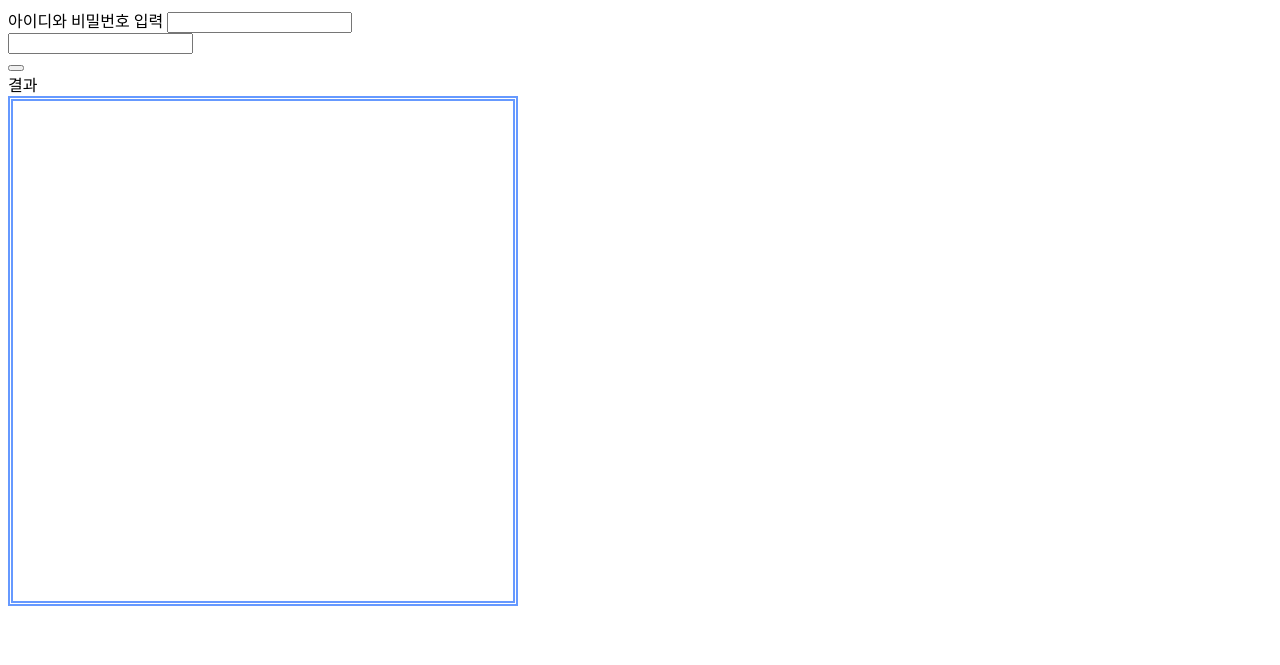
Repository: Tak-kuen/18-2
Page: http://localhost/studyjsp/ajax/ex07-1.jsp
These files come from the project's save history. The page is drawn as it stood at one moment and after the next save; the edit follows.
The browser window is 1280 px wide. The pictures show the whole page.
The page is served by Tomcat 9. Other server files are loaded and not shown.

Above is the page before, as saved 2018-10-25 01:46:17.

### code/studyjsp/WebContent/ajax/ex07-1.jsp
<%@ page language="java" contentType="text/html; charset=UTF-8"
    pageEncoding="UTF-8"%>
<!DOCTYPE html>
<html>
<head>
<meta charset="UTF-8">
<title>1501163</title>
<style type="text/css">
	#result {
		width:500px;
		height:500px;
		border:5px double #6699FF;
	}
</style>
</head>
<body>
아이디와 비밀번호 입력
	<input name="userid" type="text"><br>
	<input name="password" type="password"><br>
	<button id="b1" value="확인"></button><br>
결과
<div id="result"></div>


</body>
</html>

After the next save:
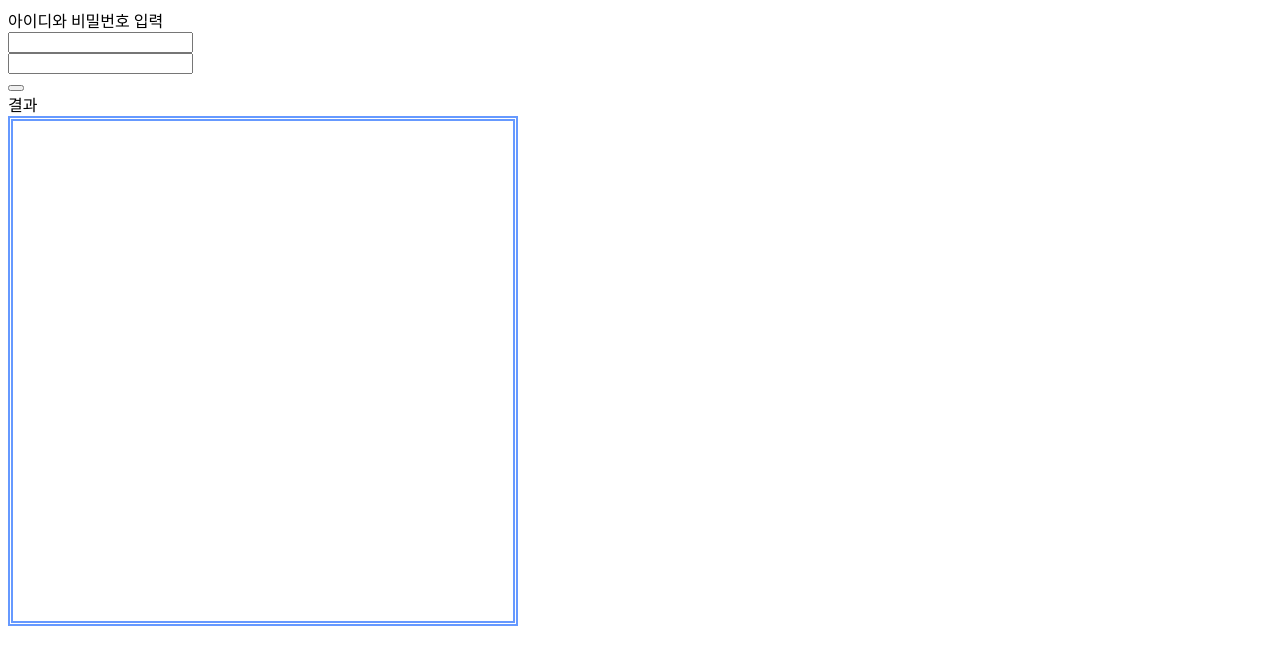
Saved 13 s later.
--- a/code/studyjsp/WebContent/ajax/ex07-1.jsp
+++ b/code/studyjsp/WebContent/ajax/ex07-1.jsp
@@ -14,7 +14,7 @@
 </style>
 </head>
 <body>
-아이디와 비밀번호 입력
+아이디와 비밀번호 입력<br>
 	<input name="userid" type="text"><br>
 	<input name="password" type="password"><br>
 	<button id="b1" value="확인"></button><br>
